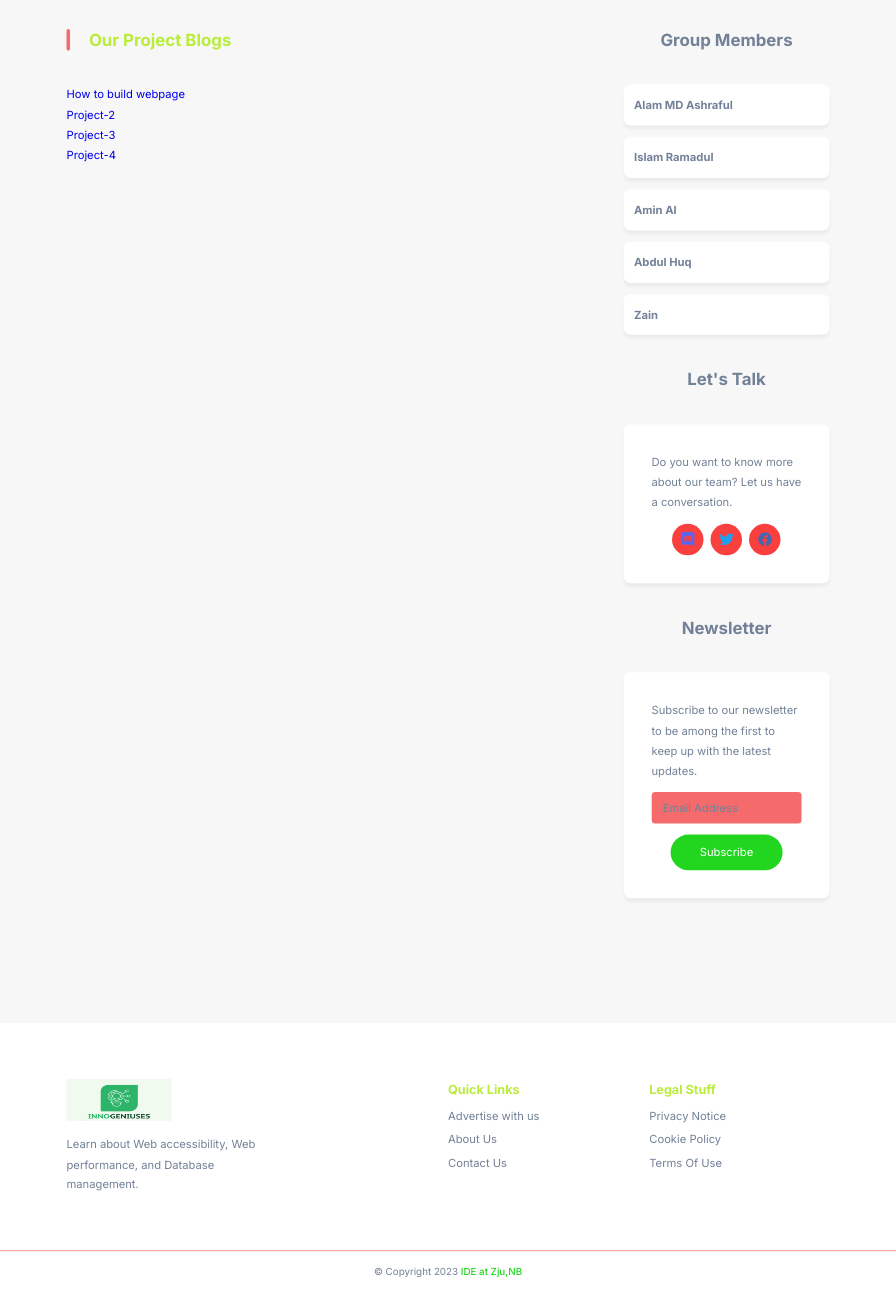
Repository: ramizraaz/zjuTeam
Page: index.html
These files come from the project's save history. The page is drawn as it stood at one moment and after the next save; the edit follows.
The browser window is 1280 px wide. The pictures show the part of the page from y = 655 to 2575 px (the page is 2500 px tall before and 2575 px after), at 70% of full size.
A picture or video elsewhere on the page could not be fetched, so the positions and the page height are approximate.

Above is the page before, as saved 2023-10-23 02:55:33.

After the next save:
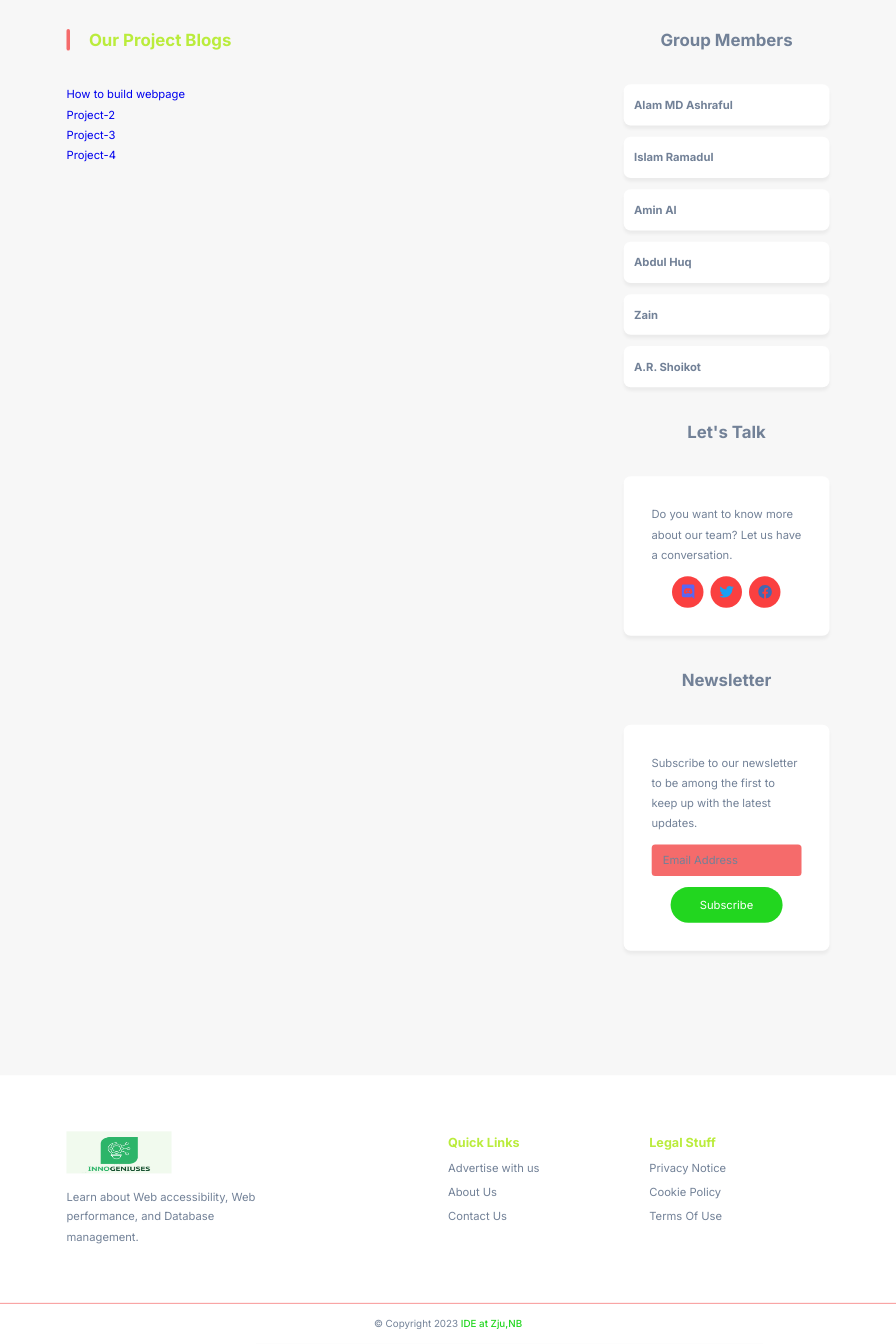
Saved 73 s later.
--- a/index.html
+++ b/index.html
@@ -205,6 +205,9 @@ custom css link
                         <a href="https://zainashiq467.github.io/MyProfile/" target="_blank" class="topic-btn">
                             <p>Zain</p>
                         </a>
+                        <a href="https://arshoikot1.github.io/arshoikotProtfolio/" target="_blank" class="topic-btn">
+                            <p>A.R. Shoikot</p>
+                        </a>
                     </div>
                     <div class="contact">
 
